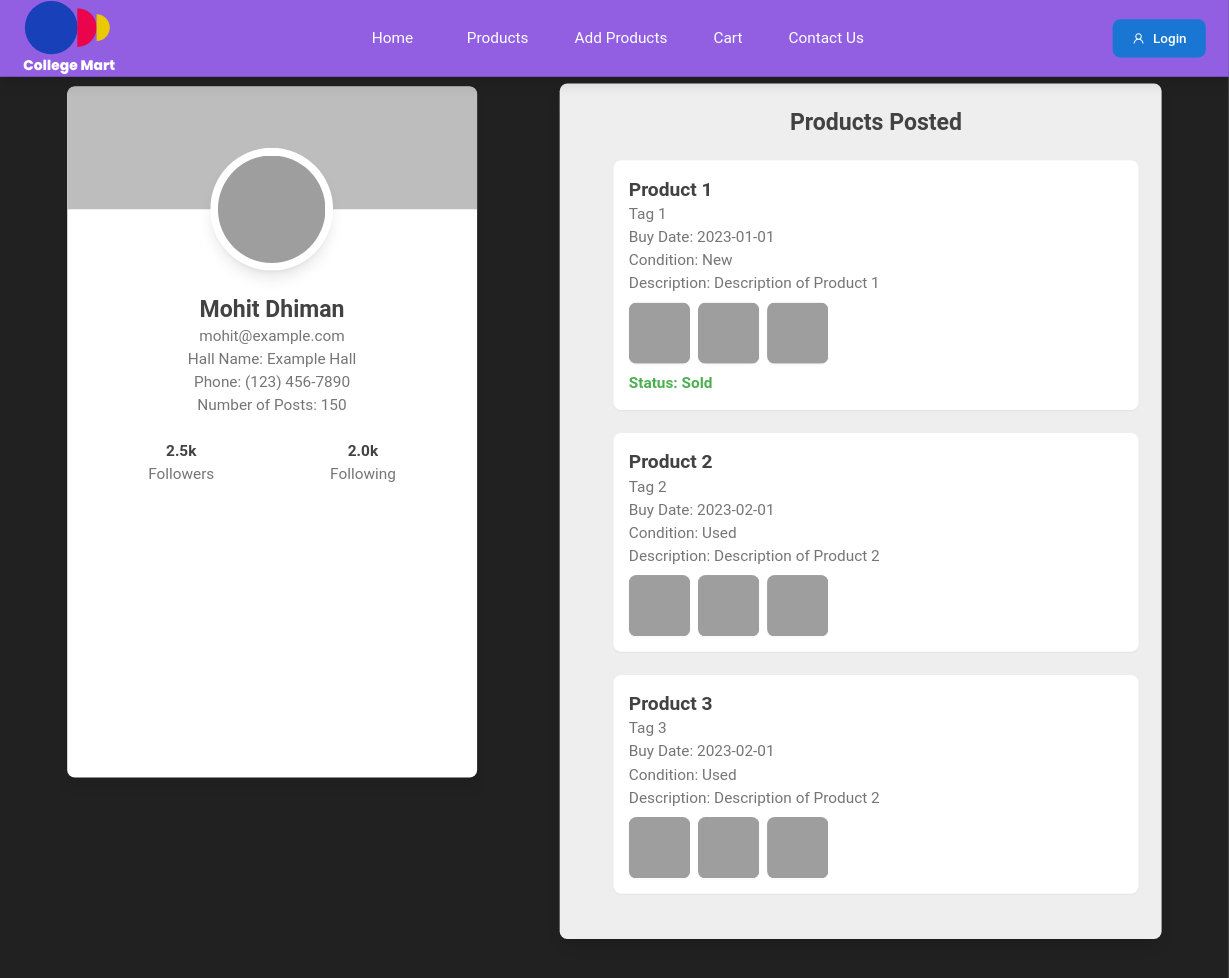
Repository: kumar1397/College-Mart
Page: /home/profile
An editor plug-in stored every save of this project. The page is shown before and after the next save, followed by the edit.
The browser window is 1280 px wide. The pictures show the whole page, at 96% of full size.
Pictures or frames that could not be fetched are drawn as grey boxes. Some web fonts or font styles are not loaded; a fallback is used. Some web libraries are served in a nearby version. The project was rebuilt for these pictures with package versions that can differ from the ones it lists, and the page was loaded fresh each time. Also part of the build but not shown: src/components/forgetPassword/forgetpassword.jsx, src/components/Auth.js, src/components/hero/Heronavbar.jsx, src/components/hero/footer.jsx, src/components/hero/Carousel.jsx, src/components/hero/Hero.jsx, src/components/new-home-page/header.jsx, src/components/new-home-page/footer_cont.jsx and 12 more.

Above is the page before, as saved 2024-07-15 16:11:58.

### public/index.html
<!DOCTYPE html>
<html lang="en">
  <head>
    <meta charset="utf-8" />
    <!-- <link rel="icon" href="%PUBLIC_URL%/favicon.ico" /> -->
    <meta name="viewport" content="width=device-width, initial-scale=1" />
    <meta name="theme-color" content="#000000" />

    <meta
      name="description"
      content="Web site created using create-react-app"
    />
    <link rel="preconnect" href="https://fonts.googleapis.com" />
    <link rel="preconnect" href="https://fonts.gstatic.com" crossorigin />
    <link
      href="https://fonts.googleapis.com/css2?family=Playwrite+GB+S:ital,wght@0,100..400;1,100..400&display=swap"
      rel="stylesheet"
    />
    <link rel="preconnect" href="https://fonts.googleapis.com" />
    <link rel="preconnect" href="https://fonts.gstatic.com" crossorigin />
    <link
      href="https://fonts.googleapis.com/css2?family=Archivo:ital,wght@0,100..900;1,100..900&family=Exo+2:ital,wght@0,600;1,600&display=swap"
      rel="stylesheet"
    />
    <link rel="preconnect" href="https://fonts.googleapis.com" />
    <link rel="preconnect" href="https://fonts.gstatic.com" crossorigin />
    <link
      href="https://fonts.googleapis.com/css2?family=Archivo:ital,wght@0,100..900;1,100..900&family=Exo+2:ital,wght@0,600;1,600&family=Montserrat+Alternates:ital,wght@0,100;0,200;0,300;0,400;0,500;0,600;0,700;0,800;0,900;1,100;1,200;1,300;1,400;1,500;1,600;1,700;1,800;1,900&display=swap"
      rel="stylesheet"
    />
    <link
      rel="stylesheet"
      type="text/css"
      charset="UTF-8"
      href="https://cdnjs.cloudflare.com/ajax/libs/slick-carousel/1.6.0/slick.min.css"
    />
    <link
      rel="stylesheet"
      type="text/css"
      href="https://cdnjs.cloudflare.com/ajax/libs/slick-carousel/1.6.0/slick-theme.min.css"
    />
    <!-- <link rel="apple-touch-icon" href="%PUBLIC_URL%/logo192.png" /> -->
    <!-- <link rel="manifest" href="%PUBLIC_URL%/manifest.json" /> -->
    <title>College Mart</title>
  </head>

  <body>
    <noscript>You need to enable JavaScript to run this app.</noscript>
    <div id="root"></div>
  </body>
</html>

### src/index.js
import React from 'react';
import ReactDOM from 'react-dom/client';
import './index.css';
import App from './App';
import reportWebVitals from './reportWebVitals';
// import { BrowserRouter } from 'react-router-dom';

import { ThemeProvider } from "@material-tailwind/react";

const root = ReactDOM.createRoot(document.getElementById('root'));
root.render(

    <React.StrictMode>
      <ThemeProvider>
      <App />
      </ThemeProvider>
    </React.StrictMode>

);

// If you want to start measuring performance in your app, pass a function
// to log results (for example: reportWebVitals(console.log))
// or send to an analytics endpoint. Learn more: https://bit.ly/CRA-vitals
reportWebVitals();

### src/index.css
@tailwind base;
@tailwind components;
@tailwind utilities;


.bgblackAuth {
  background: url('/public/Frame2.svg');
}

.bgcolorAuth {
  background: url('/public/colorbg.svg ')
}

.hnavbg {
  background: url('/public/hnavbg.svg');
  background-size: 100%;
}

.herohomebg {
  background: url('/public/homebg.svg') no-repeat;
  background-size: 100%;
}

@import url('https://fonts.googleapis.com/css2?family=Roboto:wght@400;500;700&display=swap');


.playwrite {
  font-family: "Playwrite GB S", cursive;
  font-optical-sizing: auto;
  font-weight: 400;
  font-style: normal;
}

.exo {
  font-family: "Exo 2", sans-serif;
  font-optical-sizing: auto;
  font-weight: 600;
  font-style: normal;
}

.mont {
  font-family: "Montserrat Alternates", sans-serif;
  font-weight: 300;
  font-style: normal;
}

### src/App.js
import Auth from "./components/Auth";
import Hero from "./components/hero/Hero";
import Home02 from "./components/new-home-page/parent";
import { AuthProvider } from "./contexts/AuthContext";
import ContactUs from "./components/contact-us/contact";
import { Route, Routes, BrowserRouter as Router } from "react-router-dom";
import ProductFormCard from "./components/product/newProduct";
import Profile from "./components/profile/profile";
import ResetPassword from "./components/forgetPassword/resetpassword";
import ForgotPassword from "./components/forgetPassword/forgetpassword";

function App() {
  return (
    <div>
      <Router>
        <AuthProvider>
          <Routes>
            <Route exact path="/" element={<Hero />} />
            <Route path="/auth" element={<Auth />} />
            <Route path="/home" element={<Home02 />} />
            <Route path="/home/profile" element={<Profile />} />
            <Route path="/home/form" element={<ProductFormCard />} />
            <Route path="/contactus" element={<ContactUs />} />
            <Route path="/forgot_password" element={<ForgotPassword/>} />
            <Route path="/reset/:token" element={< ResetPassword/>} />
          </Routes>
        </AuthProvider>
      </Router>
    </div>
  );
}

export default App;

### src/contexts/AuthContext.js
import React, { createContext, useState, useEffect } from "react";
import { useNavigate } from "react-router-dom";

const AuthContext = createContext();

export const AuthProvider = ({ children }) => {
  const [user, setUser] = useState(null);
  const navigate = useNavigate();

  useEffect(() => {
    const token = localStorage.getItem("token");
    const storedUser = JSON.parse(localStorage.getItem("user"));

    if (token && storedUser) {
      setUser(storedUser);
    } else {
      // navigate("");
    }
  }, [navigate]);

  const login = (userData, token) => {
    localStorage.setItem("token", token);
    localStorage.setItem("user", JSON.stringify(userData));
    setUser(userData);
    navigate("/home");
  };

  const logout = () => {
    localStorage.removeItem("token");
    localStorage.removeItem("user");
    setUser(null);
    navigate("/auth");
  };

  return (
    <AuthContext.Provider value={{ user, login, logout }}>
      {children}
    </AuthContext.Provider>
  );
};

export default AuthContext;

### src/components/profile/profile.jsx
import React from "react";
import ProductComponent  from "./UserProfile";
import { FontAwesomeIcon } from '@fortawesome/react-fontawesome';
import { faPhone, faEnvelope } from '@fortawesome/free-solid-svg-icons';
import Navbar from "../new-home-page/navbar";
const products = [
    {
        id: 1,
        name: "Product 1",
        tag: "Tag 1",
        buyDate: "2023-01-01",
        condition: "New",
        description: "Description of Product 1",
        images: ["/logo192.png", "/shoes01.webp","/ycle.webp"]
    },
    {
        id: 2,
        name: "Product 2",
        tag: "Tag 2",
        buyDate: "2023-02-01",
        condition: "Used",
        description: "Description of Product 2",
        images: ["/logo192.png", "/shoes01.webp","/ycle.webp"]
    },
    {
        id: 3,
        name: "Product 3",
        tag: "Tag 3",
        buyDate: "2023-02-01",
        condition: "Used",
        description: "Description of Product 2",
        images: ["/logo192.png", "/shoes01.webp","/ycle.webp"]
    }

];
export default function Profile() {
    return (
        <>
            <Navbar />
            <div className="bg-gray-900 min-h-screen flex">
                <div className="container mx-auto my-16 flex">
                    <div className="lg:w-1/3 bg-white rounded-lg shadow-lg overflow-hidden h-full fixed " style={{ marginRight: "65%", marginTop: "2%", marginBottom: "2%"}}>
                        <div className="h-32 bg-gray-400"></div>
                        <div className="flex justify-center -mt-16">
                            <img className="h-32 w-32 bg-white p-2 rounded-full shadow-lg" src="https://images.unsplash.com/photo-1535713875002-d1d0cf377fde?ixid=MnwxMjA3fDB8MHxwaG90by1wYWdlfHx8fGVufDB8fHx8&ixlib=rb-1.2.1&auto=format&fit=crop&w=2000&q=80" alt="Profile" />
                        </div>
                        <div className="p-6 text-center">
                            <h2 className="text-2xl font-semibold text-gray-800">Mohit Dhiman</h2>
                            <p className="text-gray-600">mohit@example.com</p>
                            <p className="text-gray-600">Hall Name: Example Hall</p>
                            <p className="text-gray-600">Phone: (123) 456-7890</p>
                            <p className="text-gray-600">Number of Posts: 150</p>
                            <div className="mt-6 flex justify-around">
                                <div className="text-center">
                                    <p className="font-semibold text-gray-800">2.5k</p>
                                    <p className="text-gray-600">Followers</p>
                                </div>
                                <div className="text-center">
                                    <p className="font-semibold text-gray-800">2.0k</p>
                                    <p className="text-gray-600">Following</p>
                                </div>
                            </div>
                        </div>
                    </div>

                    <div className="lg:ml-1/3 w-full bg-gray-200 rounded-lg shadow-lg overflow-y-auto h-full pl-8" style={{ marginLeft: "45%" , marginTop: "2%"}}>
                        <div className="p-6">
                            <h2 className="text-2xl font-semibold text-gray-800 text-center">Products Posted</h2>
                            <div className="mt-6 space-y-6">
                                {products.map((product, index) => (
                                    <div key={product.id} className="p-4 bg-white rounded-lg shadow-sm">
                                        <h3 className="text-xl font-bold text-gray-800">{product.name}</h3>
                                        <p className="text-gray-600">{product.tag}</p>
                                        <p className="text-gray-600">Buy Date: {product.buyDate}</p>
                                        <p className="text-gray-600">Condition: {product.condition}</p>
                                        <p className="text-gray-600">Description: {product.description}</p>
                                        <div className="mt-2 flex space-x-2">
                                            {product.images.map((image, imgIndex) => (
                                                <img key={imgIndex} src={image} alt={`Product ${product.id}`} className="w-16 h-16 rounded-lg shadow-sm" />
                                            ))}
                                        </div>
                                        {index === 0 && <p className="mt-2 text-green-500 font-semibold">Status: Sold</p>}
                                    </div>
                                ))}
                            </div>
                        </div>
                    </div>
                </div>
            </div>
        </>


    )
}

### src/components/new-home-page/navbar.jsx
import React, { useState, useContext } from "react";
import { Link } from "react-router-dom";
import {
  AiOutlineClose,
  AiOutlineMenu,
  AiOutlineUser,
  AiOutlineLogout,
} from "react-icons/ai";
import AuthContext from "../../contexts/AuthContext";
import Logo from "./logo.svg"
const Navbar = () => {
  const { user, logout } = useContext(AuthContext);
  const [nav, setNav] = useState(false);
  const [isDropdownOpen, setIsDropdownOpen] = useState(false);

  const navItems = [
    { id: 1, text: "Home", path: "/" },
    { id: 2, text: "Products", path: "/products" },
    { id: 3, text: "Add Products", path: "/add-products" },
    { id: 4, text: "Cart", path: "/cart" },
    { id: 4, text: "Contact Us", path: "/contactus" },
  ];

  const handleNav = () => setNav(!nav);
  const toggleDropdown = () => setIsDropdownOpen(!isDropdownOpen);

  return (
    <div className="bg-[#925FE2] shadow-lg flex justify-between z-20 items-center h-20 w-full px-6 text-white fixed">
      <div className="flex items-center space-x-2">
        <div className=" w-24 max-w-24"><img src={Logo} alt="" /></div>
      </div>

      <ul className="hidden md:flex space-x-4">
        {navItems.map((item) => (
          <li
            key={item.id}
            className="p-4 hover:bg-white rounded-xl m-2 cursor-pointer duration-300 hover:text-black"
          >
            <Link to={item.path}>{item.text}</Link>
          </li>
        ))}
      </ul>

      <div className="block md:hidden" onClick={handleNav}>
        {nav ? <AiOutlineClose size={20} /> : <AiOutlineMenu size={20} />}
      </div>

      <ul
        className={`fixed top-0 left-0 w-[60%] h-full border-r border-r-gray-900 bg-[#000300] ease-in-out duration-500 ${
          nav ? "left-0" : "left-[-100%]"
        } md:hidden`}
      >
        <h1 className="w-full text-3xl font-bold text-[#00df9a] m-4">REACT.</h1>
        {navItems.map((item) => (
          <li
            key={item.id}
            className="p-4 border-b rounded-xl hover:bg-[#00df9a] duration-300 hover:text-black cursor-pointer border-gray-600"
          >
            <Link to={item.path}>{item.text}</Link>
          </li>
        ))}
      </ul>

      <div className="relative flex items-center space-x-4">
        {user ? (
          <>
            <button
              id="dropdownDefaultButton"
              onClick={toggleDropdown}
              className="flex items-center text-white bg-blue-700 hover:bg-blue-800 focus:ring-4 focus:outline-none focus:ring-blue-300 font-medium rounded-lg text-sm px-5 py-2.5 dark:bg-blue-600 dark:hover:bg-blue-700 dark:focus:ring-blue-800"
              type="button"
            >
              <AiOutlineUser className="w-6 h-6 mr-2" />
              <span>{user.name}</span>
              <svg
                className="w-2.5 h-2.5 ml-2"
                aria-hidden="true"
                xmlns="http://www.w3.org/2000/svg"
                fill="none"
                viewBox="0 0 10 6"
              >
                <path
                  stroke="currentColor"
                  strokeLinecap="round"
                  strokeLinejoin="round"
                  strokeWidth="2"
                  d="m1 1 4 4 4-4"
                />
              </svg>
            </button>
            {isDropdownOpen && (
              <div
                id="dropdown"
                className="absolute top-full mt-2 z-10 bg-white divide-y divide-gray-100 w-44 rounded-lg shadow dark:bg-gray-700"
              >
                <ul className="py-2 text-sm text-gray-700 dark:text-gray-200">
                  <li>
                    <Link
                      to="/home/profile"
                      className=" px-4 py-2 hover:bg-gray-100 dark:hover:bg-gray-600 dark:hover:text-white w-full text-left flex items-center"
                    >
                      <AiOutlineUser className="mr-2" />
                      Profile
                    </Link>
                  </li>
                  <li>
                    <button
                      className=" px-4 py-2 hover:bg-gray-100 dark:hover:bg-gray-600 dark:hover:text-white w-full text-left flex items-center"
                      onClick={logout}
                    >
                      <AiOutlineLogout className="mr-2" />
                      Logout
                    </button>
                  </li>
                </ul>
              </div>
            )}
          </>
        ) : (
          <Link
            to="/login"
            className="flex items-center px-5 py-2.5 bg-blue-700 hover:bg-blue-800 focus:ring-4 focus:outline-none focus:ring-blue-300 text-sm font-medium rounded-lg dark:bg-blue-600 dark:hover:bg-blue-700 dark:focus:ring-blue-800"
          >
            <AiOutlineUser className="mr-2" />
            Login
          </Link>
        )}
      </div>
    </div>
  );
};

export default Navbar;

### tailwind.config.js
/** @type {import('tailwindcss').Config} */

// const withMT = require("@material-tailwind/react/utils/withMT");

// const config={
//   content: [
//     "./src/**/*.{js,jsx,ts,tsx}",
//   ],
//   theme: {
//     extend: {},
//   },
//   plugins: [],
// }

// module.exports = withMT(config);

const withMT = require("@material-tailwind/react/utils/withMT");

module.exports = withMT({
  content: ["./src/**/*.{js,jsx,ts,tsx}"],
  theme: {
    extend: {
      keyframes: {
        gradient: {
          '0%': { backgroundPosition: '0% 50%' },
          '50%': { backgroundPosition: '100% 50%' },
          '100%': { backgroundPosition: '0% 50%' },
        },
      },
      animation: {
        'gradient-bg': 'gradient 15s ease infinite',
      },
      backgroundImage: {
        'gradient-radial': 'radial-gradient(circle, var(--tw-gradient-stops))',
        'gradient-linear': 'linear-gradient(270deg, #ff9a9e, #fad0c4, #fad0c4, #ff9a9e)',
      },
    },
  },
  plugins: [],
});

Loaded but not shown: src/reportWebVitals.js (common file)

After the next save:
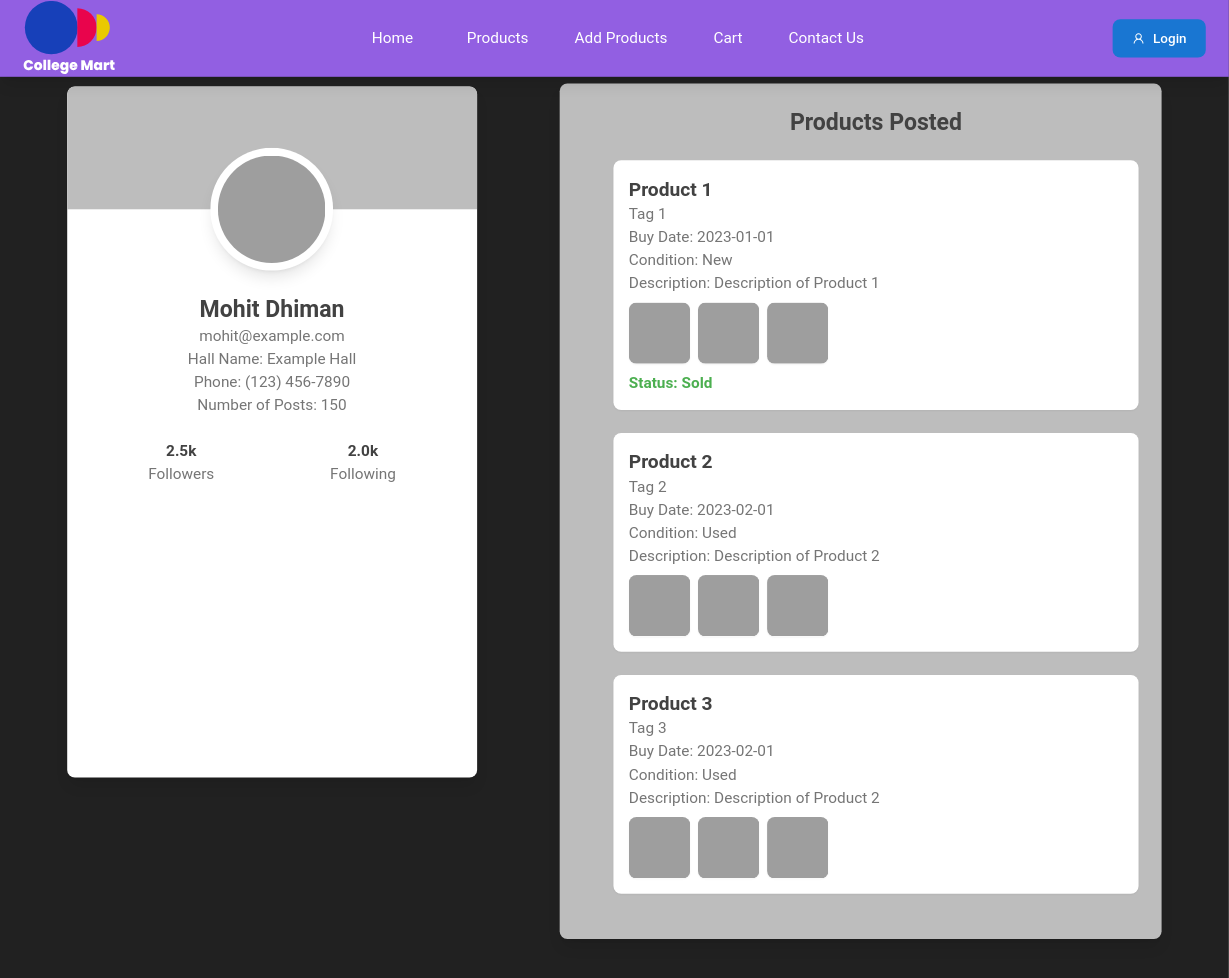
Saved 14 s later.
--- a/src/components/profile/profile.jsx
+++ b/src/components/profile/profile.jsx
@@ -63,7 +63,7 @@ export default function Profile() {
                         </div>
                     </div>
 
-                    <div className="lg:ml-1/3 w-full bg-gray-200 rounded-lg shadow-lg overflow-y-auto h-full pl-8" style={{ marginLeft: "45%" , marginTop: "2%"}}>
+                    <div className="lg:ml-1/3 w-full bg-gray-400 rounded-lg shadow-lg overflow-y-auto h-full pl-8" style={{ marginLeft: "45%" , marginTop: "2%"}}>
                         <div className="p-6">
                             <h2 className="text-2xl font-semibold text-gray-800 text-center">Products Posted</h2>
                             <div className="mt-6 space-y-6">
